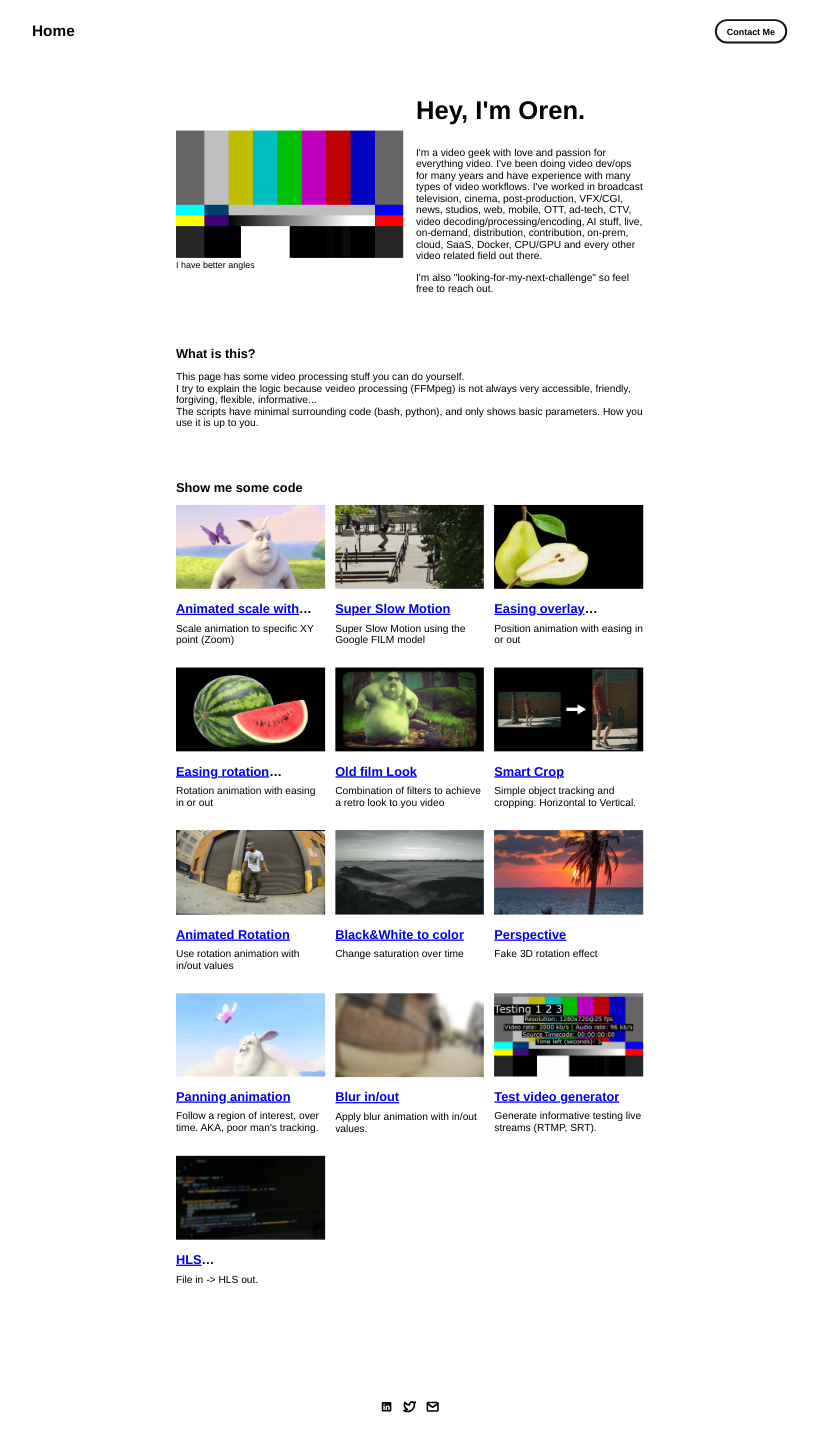
Repository: OrenShalmy/orenshalmy.github.io
Page: index.html
The author's editor kept a copy of each file at every save. The page is drawn from the files as they stood at one save, then again after the next save.
The browser window is 1280 px wide. The pictures show the whole page, at 64% of full size.

Above is the page before, as saved 2024-09-16 13:18:55.

After the next save:
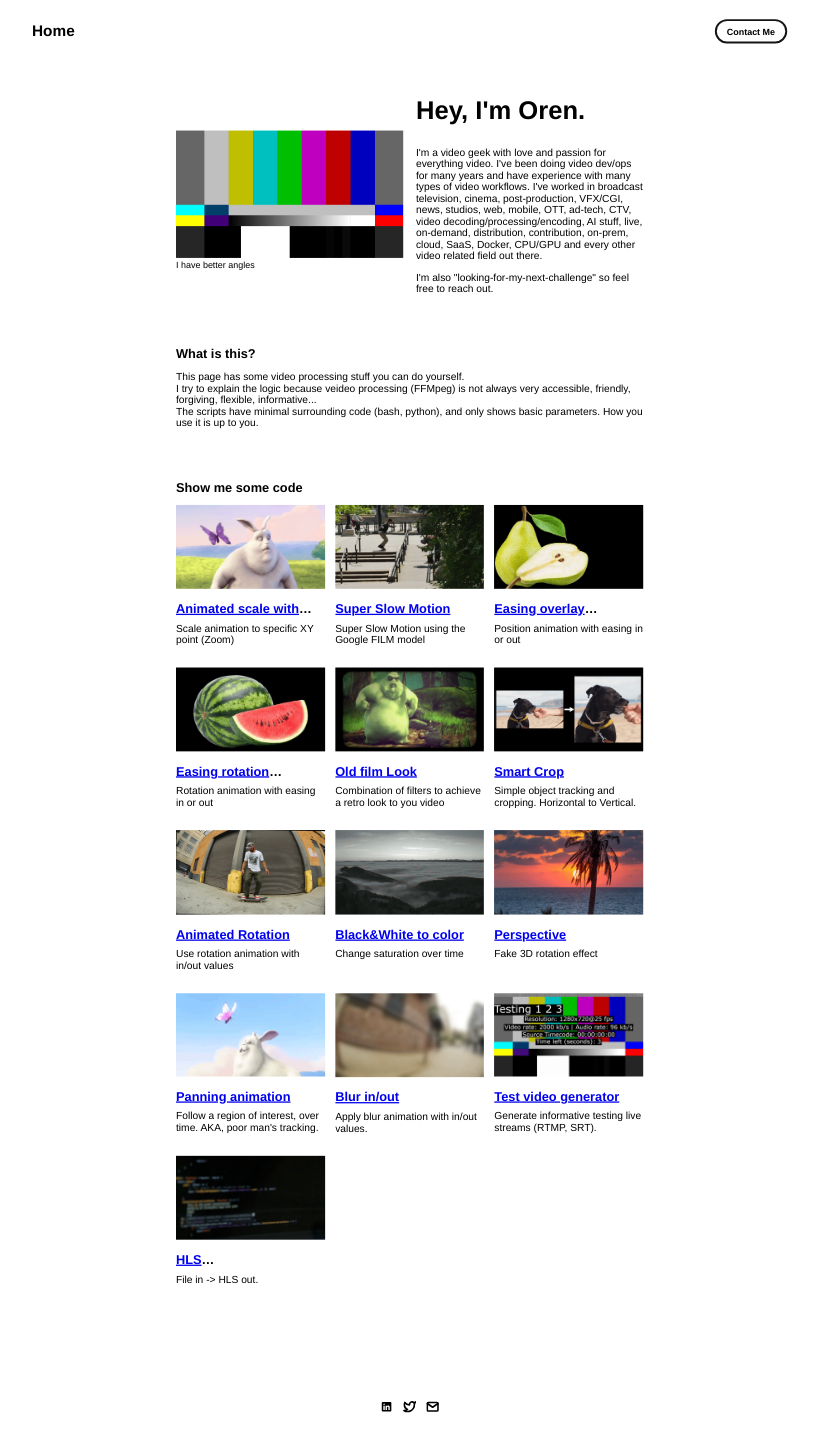
Saved 12 min 40 s later.
--- a/index.html
+++ b/index.html
@@ -105,9 +105,9 @@
           </div>
 
           <div class="project-card">
-            <img src="assets/media/h2v.gif">
+            <img src="assets/media/smartcrop.gif">
             <div class="project-card-text-container">
-                <div class="subheader-text project-title"><a href="project-pages/h2v.html">Smart Crop</a></div>
+                <div class="subheader-text project-title"><a href="project-pages/smartcrop.html">Smart Crop</a></div>
                 <div class="body-text project-card-text">Simple object tracking and cropping. Horizontal to Vertical.</div>
             </div>
         </div>
